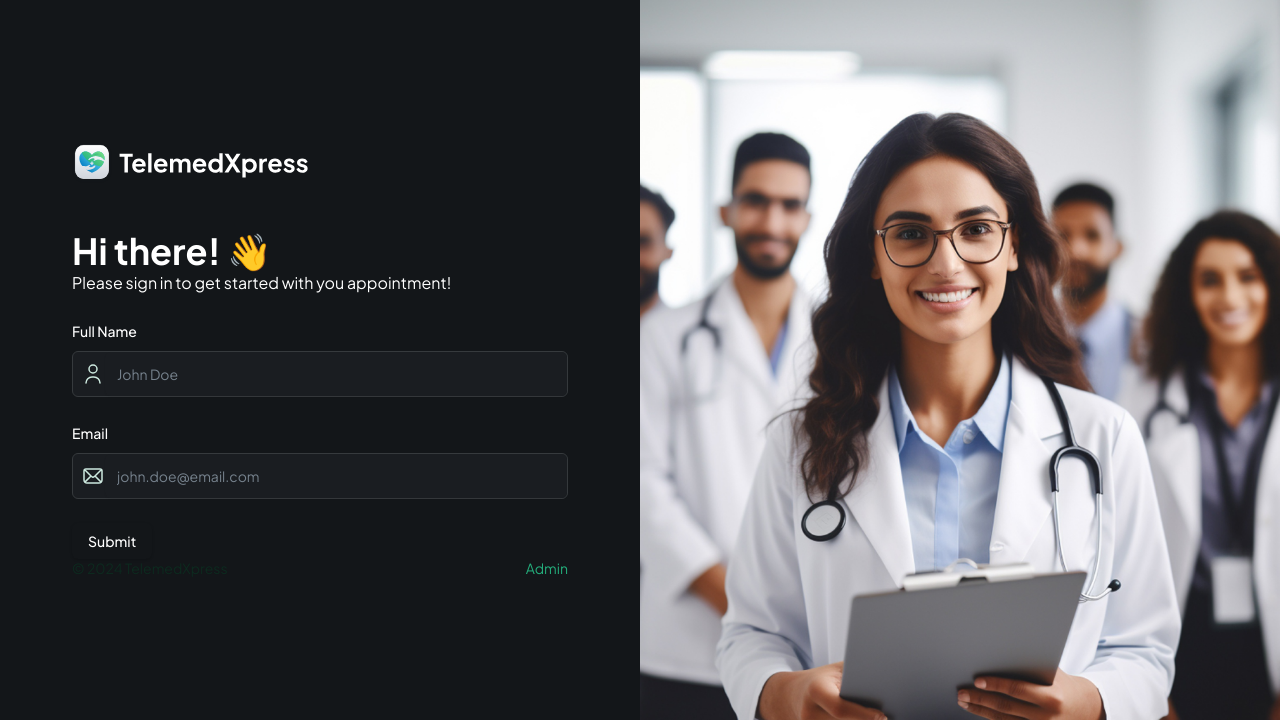
Repository: Carlito-Pedida/telemed
Page: /
These files come from the project's save history. The page is drawn as it stood at one moment and after the next save; the edit follows.
The browser window is 1280 px wide. The pictures show the whole page.
The project was rebuilt for these pictures with package versions that can differ from the ones it lists, and the page was loaded fresh each time. The framework's server and built-in components were replaced by stand-ins that run in the browser. Also part of the build but not shown: next.config.mjs, components/ui/select.tsx, components/ui/textarea.tsx, components/ui/checkbox.tsx.

Above is the page before, as saved 2024-11-04 19:07:16.

After the next save:
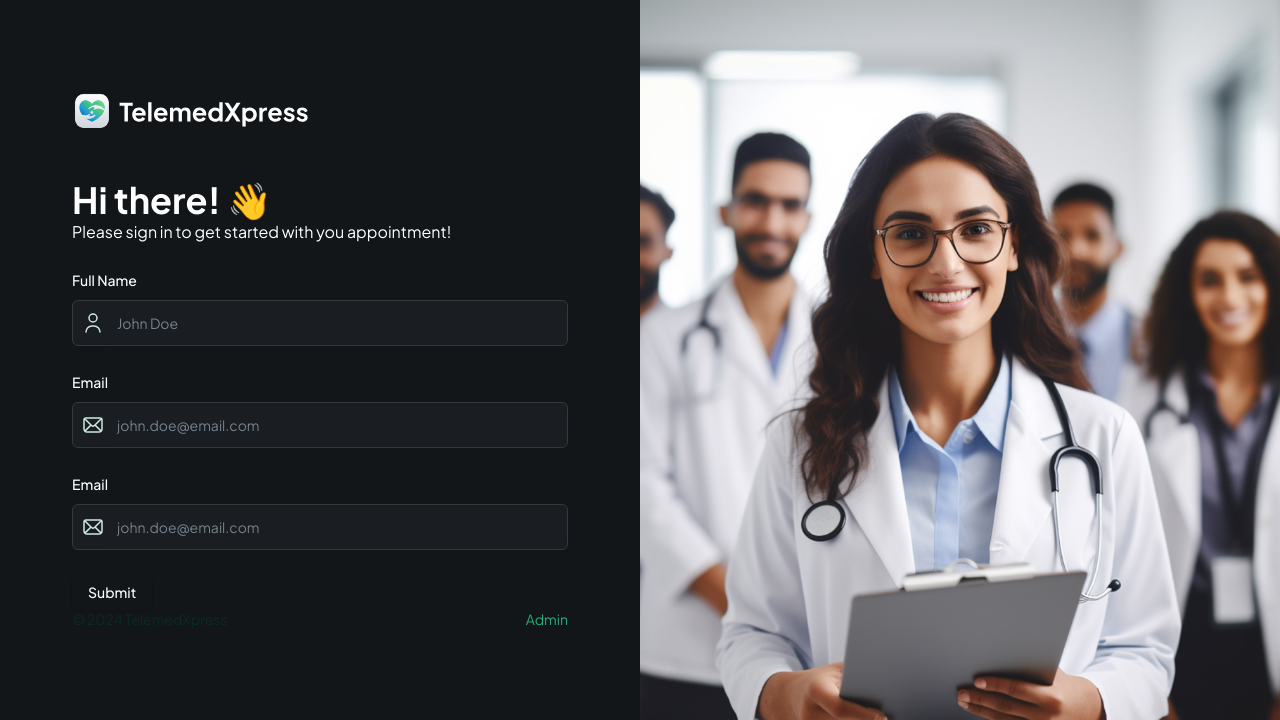
Saved 11 s later.
--- a/components/forms/PatientForm.tsx
+++ b/components/forms/PatientForm.tsx
@@ -68,6 +68,16 @@ const PatientForm = () => {
             iconAlt="email"
           />
 
+          <CustomFormField
+            fieldType={FormFieldType.INPUT}
+            control={form.control}
+            name="email"
+            label="Email"
+            placeholder="john.doe@email.com"
+            iconSrc="/assets/icons/email.svg"
+            iconAlt="email"
+          />
+
           <Button type="submit">Submit</Button>
         </form>
       </Form>
